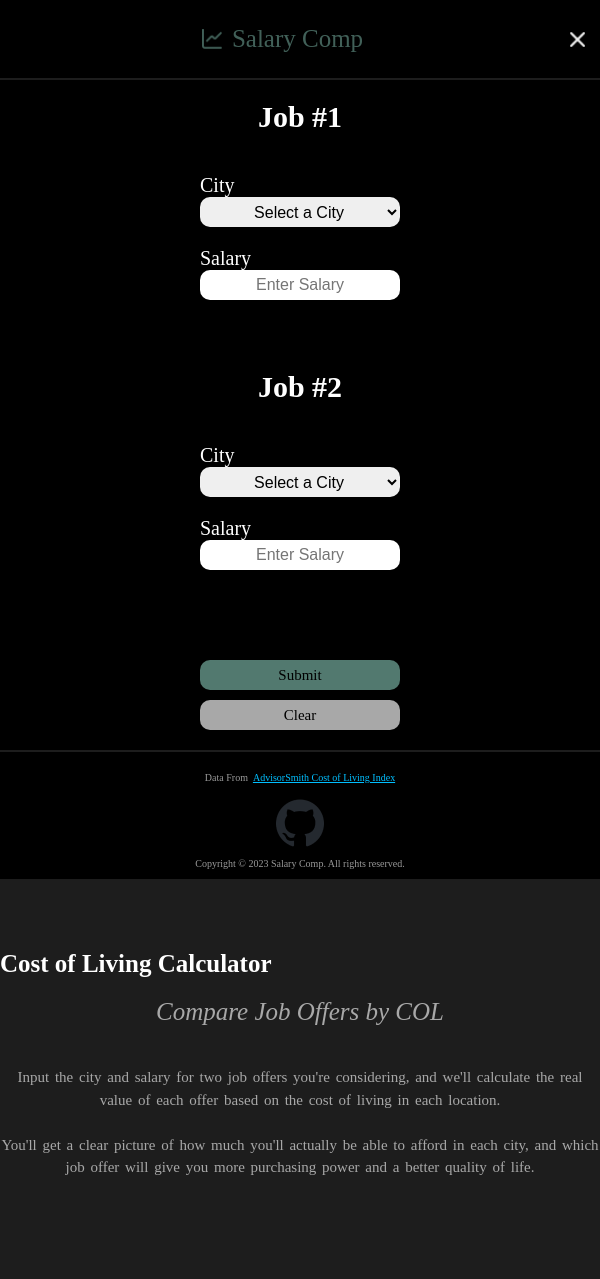
Repository: robbymcd/Salary-Comp
Page: /
An editor plug-in stored every save of this project. The page is shown before and after the next save, followed by the edit.
The browser window is 600 px wide. The pictures show the whole page.
Some web fonts or font styles are not loaded; a fallback is used. The project was rebuilt for these pictures with package versions that can differ from the ones it lists, and the page was loaded fresh each time. Also part of the build but not shown: src/Main.css, src/Main.js.

Above is the page before, as saved 2023-06-16 18:24:44.

### public/index.html
<!DOCTYPE html>
<html lang="en">
  <head>
    <meta charset="utf-8" />
    <link rel="icon" href="%PUBLIC_URL%/favicon.ico" />
    <meta name="viewport" content="width=device-width, initial-scale=1" />
    <meta name="theme-color" content="#000000" />
    <meta
      name="description"
      content="Compare Job Offers by COL"
    />
    <link rel="apple-touch-icon" href="%PUBLIC_URL%/favicon.ico" />
    <!--
      manifest.json provides metadata used when your web app is installed on a
      user's mobile device or desktop. See https://developers.google.com/web/fundamentals/web-app-manifest/
    -->
    <link rel="manifest" href="%PUBLIC_URL%/manifest.json" />
    <!--
      Notice the use of %PUBLIC_URL% in the tags above.
      It will be replaced with the URL of the `public` folder during the build.
      Only files inside the `public` folder can be referenced from the HTML.

      Unlike "/favicon.ico" or "favicon.ico", "%PUBLIC_URL%/favicon.ico" will
      work correctly both with client-side routing and a non-root public URL.
      Learn how to configure a non-root public URL by running `npm run build`.
    -->
    <title>Salary Comp</title>
  </head>
  <body>
    <noscript>You need to enable JavaScript to run this app.</noscript>
    <div id="root"></div>
    <!--
      This HTML file is a template.
      If you open it directly in the browser, you will see an empty page.

      You can add webfonts, meta tags, or analytics to this file.
      The build step will place the bundled scripts into the <body> tag.

      To begin the development, run `npm start` or `yarn start`.
      To create a production bundle, use `npm run build` or `yarn build`.
    -->
  </body>
</html>

### src/index.css
body {
  margin: 0;
  font-family: -apple-system, BlinkMacSystemFont, 'Segoe UI', 'Roboto', 'Oxygen',
    'Ubuntu', 'Cantarell', 'Fira Sans', 'Droid Sans', 'Helvetica Neue',
    sans-serif;
  -webkit-font-smoothing: antialiased;
  -moz-osx-font-smoothing: grayscale;
  height: 100%;
  width: 100%;
}

html {
  height: 100%;
  width: 100%;
  background-color: #1D1D1D;
}

code {
  font-family: source-code-pro, Menlo, Monaco, Consolas, 'Courier New',
    monospace;
}

### src/App.js
import React, { useState } from 'react';
import './App.css';
import Sidebar from './Sidebar.js';
import Content from './Content.js';

function App() {
  const [isSubmitted, setIsSubmitted] = useState(false);
  const [cityCOL1, setCityCOL1] = useState('');
  const [cityCOL2, setCityCOL2] = useState('');
  const [cityName1, setCityName1] = useState('');
  const [cityName2, setCityName2] = useState('');
  const [salary1, setSalary1] = useState('');
  const [salary2, setSalary2] = useState('');

  const handleFormSubmit = (formData) => {
    setIsSubmitted(true);
    setCityCOL1(formData.cityCOL1);
    setCityCOL2(formData.cityCOL2);
    setCityName1(formData.cityName1);
    setCityName2(formData.cityName2);
    setSalary1(formData.salary1);
    setSalary2(formData.salary2);
  };

  return (
    <div className="main">
        <Sidebar onFormSubmit={handleFormSubmit}/>
        <Content isSubmitted={isSubmitted} cityCOL1={cityCOL1} cityCOL2={cityCOL2} cityName1={cityName1} cityName2={cityName2} salary1={salary1} salary2={salary2} />
    </div>
  );
}

export default App;

### src/App.css
.main {
    display: flex;
    flex-direction: row;
    height: 200%;
    width: 100%;
    background-color: #1D1D1D;
}

@media screen and (max-width: 700px) {
    .main {
        flex-direction: column;
        gap: 100px;
    }
}

### src/Content.js
import React from 'react';
import './Content.css';
import Instruction from './Instruction.js';
import Main from './Main.js';

export default function Content({ isSubmitted ,cityCOL1 ,cityCOL2, cityName1, cityName2 , salary1, salary2 }) {

    return (
        <div className='Content-container'>
            {isSubmitted ? <Main cityCOL1={cityCOL1} cityCOL2={cityCOL2} cityName1={cityName1} cityName2={cityName2} salary1={salary1} salary2={salary2}/> : <Instruction />}
        </div>
    );
}

### src/Sidebar.css
@import url('https://fonts.googleapis.com/css?family=Roboto-Mono');
@import url('https://fonts.googleapis.com/css?family=Mukta-Vaani');
.sidebar {
    display: flex;
    height: 100vh;
    width: fit-content;
}

.closed-sidebar {
    display: flex;
    height: 100vh;
    width: fit-content;
    margin-right: 22vw;
}

.plusIcon {
    height: 30px;
    width: 30px;
    margin-left: 20px;
    align-self: center;
    cursor: pointer;
}

.plusIcon:hover {
    opacity: 0.5;
}

.error {
    display: flex;
    font-size: 15px;
    margin-bottom: -15px;
    color: #BA1F33;
}

.button-container {
    display: flex;
    flex-direction: column;
    gap: 10px;
    margin-top: 20px;
}

.submit-container {
    display: flex;
}

.submit {
    height: 30px;
    width: clamp(200px, 20vw, 300px);
    border-radius: 10px;
    border: none;
    outline: none;
    cursor: pointer;
    background-color: #52796F;
    font-family: Mukta Vaani;
    font-size: 15px;
    color: #000;
    font-weight: normal;
    box-shadow: 0px 4px 4px rgba(0, 0, 0, 0.25);
}

.submit:hover {
    opacity: 0.8;
}

.clear-container {
    display: flex;
}

.clear {
    height: 30px;
    width: clamp(200px, 20vw, 300px);
    border-radius: 10px;
    border: none;
    outline: none;
    cursor: pointer;
    background-color: #a8a8a8;
    font-family: Mukta Vaani;
    font-size: 15px;
    color: #000;
    box-shadow: 0px 4px 4px rgba(0, 0, 0, 0.25);
}

.clear:hover {
    opacity: 0.8;
}

@media screen and (min-width: 1650px) {
    .button-container {
        gap: 20px;
    }
}

@media screen and (max-width: 700px) {
    .sidebar {
        display: grid;
        height: fit-content;
        width: 100vw;
    }

    .closed-sidebar {
        height: fit-content;
        justify-content: center;
    }

    .plusIcon {
        margin: 0;
    }

    .submit {
        width: 200px;
    }

    .clear {
        width: 200px;
    }
}

### src/OpenSidebar.css
@import url('https://fonts.googleapis.com/css?family=Roboto-Mono');
@import url('https://fonts.googleapis.com/css?family=Mukta-Vaani');

.open-sidebar {
    display: flex;
    flex-direction: column;
    height: 100vh;
    width: 25vw;
    background-color: #000;
    box-shadow: 0px 0px 4px 4px rgba(0, 0, 0, 0.25);
    margin-right: 8vw;
    transition: transform 0.3s ease-in-out;
}

.sidebar-header {
    display: flex;
    width: 25vw;
    border-bottom: 2px solid #1d1d1d;
    justify-content: space-between;
    align-items: center;
}

.sidebar-wrapper {
    display: inline-block;
}

.centering {
    display: flex;
    flex-direction: row;
    width: 100%;
    align-self: center;
    align-items: center;
    justify-content: center;
}

.logo {
    display: flex;
    flex-direction: row;
    width: 100%;
    align-items: center;
    justify-content: center;
    gap: 10px;
    cursor: pointer;
}

.logo:hover {
    opacity: .8;
}

.logo p {
    font-family: Roboto Mono;
    color: #52796F;
    font-size: 25px;
}

.chart {
    height: 20px;
    width: 20px;
}

.city {
    display: flex;
    flex-direction: column;
    font-family: Mukta Vaani;
    font-style: normal;
    font-weight: 300;
    font-size: 20px;
    color: #fff;
}

.salary{
    display: flex;
    flex-direction: column;
    font-family: Mukta Vaani;
    font-style: normal;
    font-weight: 300;
    font-size: 20px;
    color: #fff;
}

.salary label {
    display: flex;
    justify-self: center;
}

.form {
    display: flex;
    flex-direction: column;
    font-family: Mukta Vaani;
    height: 100%;
    align-items: center;
    gap: 20px;
    border-bottom: 2px solid #1d1d1d;
    justify-content: center;
    padding: 20px;
}

.form h1 {
    color: #fff;
    font-family: Roboto Mono;
    font-size: 30px;
    font-weight: 700;
    font-style: normal;
    text-align: center;
    margin-top: 10px;
    margin-bottom: 0px;
}

select {
    cursor: pointer;
}

input {
    text-decoration: none;
    height: 30px;
    width: clamp(200px, 20vw, 300px);
    border-radius: 10px;
    outline: none;
    border: none;
    padding: 0;
    text-align: center;
    font-size: 16px;
    cursor: pointer;
}

.salarycomp {
    height: 80px;
    width: 360px;
}

.x {
    height: 25px;
    width: 25px;
    cursor: pointer;
    margin-right: 10px;
}

.x:hover {
    opacity: 0.5;
    transition: ease-in-out 0.2s;
}

.footer {
    display: flex;
    flex-direction: column;
    align-items: center;
    justify-content: center;
    width: 100%;
    background-color: #000;
}

.footer p {
    color: #fff;
    opacity: .6;
    font-family: 'Mukta Vaani';
    font-style: normal;
    font-weight: 300;
    font-size: 14px;
    text-align: center;
}

.hiw {
    display: flex;
    flex-direction: row;
    align-items: center;
    justify-content: center;
    gap: 10px;
}

.hiw a {
    font-size: 14px;
    font-weight: 300;
    font-family: 'Mukta Vaani';
    color: #00bfff;
}

.hiw a:hover {
    opacity: 0.5;
    transition: ease-in-out 0.2s;
}

.github {
    height: 50px;
    width: 50px;
    cursor: pointer;
}

.github:hover {
    opacity: 0.8;
}

@media screen and (max-width: 1000px) {
    .footer p {
        font-size: 10px;
    }

    .hiw a {
        font-size: 10px;
    }

    .hiw {
        margin-top: 10px;
        margin-bottom: 5px;
        gap: 5px;
    }
}

@media screen and (min-height: 800px) {
    .form h1 {
        margin-top: 0;
        margin-bottom: 20px;
    }

    input {
        margin-bottom: 50px;
    }
}

@media screen and (max-width: 700px) {
    .open-sidebar {
        width: 100vw;
        margin: 0;
    }

    .sidebar-header {
        width: 100vw;
    }

    .city {
        width: 200px;
    }

    select {
        width: 200px;
    }
}

### src/Select.css
.select-main {
    text-decoration: none;
    height: 30px;
    width: clamp(200px, 20vw, 300px);
    border-radius: 10px;
    outline: none;
    text-align: center;
    font-size: 16px;
}

.select-main select {
    text-align: center;
    text-decoration: none;
    outline: none;
    border: none;
    height: 30px;
    width: clamp(200px, 20vw, 300px);
    border-radius: 10px;
    font-size: 16px;
    padding-left: 10px;
}

### src/Content.css
@import url('https://fonts.googleapis.com/css?family=Kadwa');
@import url('https://fonts.googleapis.com/css?family=Hind-Madurai');

.Content-container {
    display: flex;
    width: 100%;
}

.header {
    display: flex;
    flex-direction: row;
    align-items: center;
    margin-top: 50px;
    gap: 25px;
}

.content h1 {
    font-family: Kadwa;
    font-weight: bold;
    font-size: 45px;
    height: 100%;
    margin: 0;
}

.content h2 {
    font-family: Hind Madurai;
    font-size: 40px;
    color: #a8a8a8;
    margin-top: 50px;
    width: 75%;
    font-weight: 500;
    font-style: italic;
}

.content p {
    display: flex;
    width: 50vw;
    font-family: Hind Madurai;
    font-size: 20px;
    color: #a8a8a8;
    word-spacing: 2px;
    line-height: 1.5;
    margin-top: 50px;
    width: 70%;
}

.content {
    display: flex;
    flex-direction: column;
    color: #fff;
    height: fit-content;
    width: 100%;
    justify-items: center;
}

.calculator {
    display: flex;
    height: 150px;
    width: 150px;
}

@media screen and (max-width: 700px) {
    .Content-container {
        width: 100vw;
        justify-content: center;
        text-align: center;
    }

    .calculator {
        display: none;
    }
    .content h1 {
        font-size: 25px;
    }

    .content h2 {
        font-size: 25px;
        width: 100vw;
        margin-top: 20px;
        margin-bottom: 20px;
    }

    .content p {
        font-size: 15px;
        width: 100vw;
        margin-top: 20px;
        margin-bottom: 100px;
    }
}

### src/Instruction.js
import calculator from './calculator.png';

export default function Instruction() {
    return (
        <div className="content">
            <div className="header">
                <h1>Cost of Living Calculator</h1>
                <img className="calculator" src={calculator} alt='calculator'></img>
            </div>
            <h2>Compare Job Offers by COL</h2>
            <p>Input the city and salary for two job offers you're considering, and we'll calculate the real value of each offer based on the cost of living in each location.<br/><br/>You'll get a clear picture of how much you'll actually be able to afford in each city, and which job offer will give you more purchasing power and a better quality of life.
            </p>
        </div>
    );
}

Loaded but not shown: src/index.js (common file); src/reportWebVitals.js (common file); src/Sidebar.js (399 lines, source omitted)

After the next save:
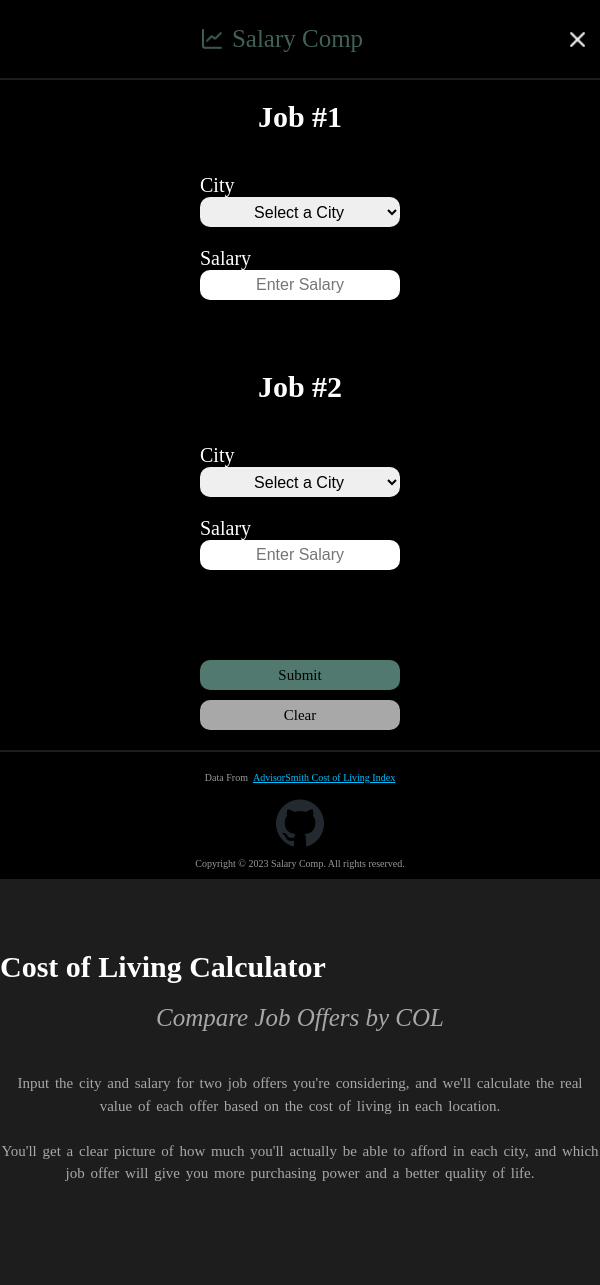
Saved 7 s later.
--- a/src/Content.css
+++ b/src/Content.css
@@ -70,7 +70,8 @@
         display: none;
     }
     .content h1 {
-        font-size: 25px;
+        text-align: center;
+        font-size: 30px;
     }
 
     .content h2 {
